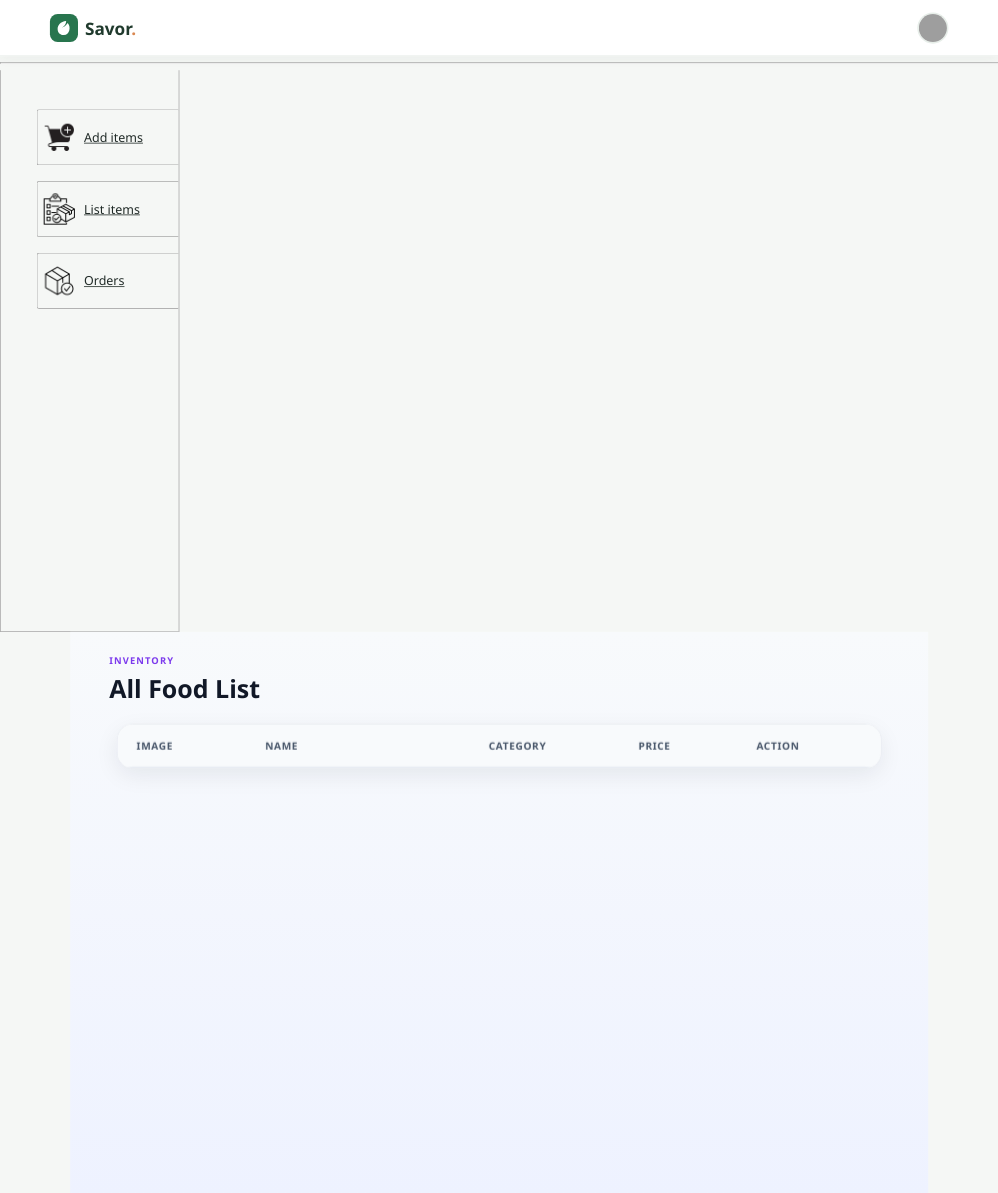
Repository: prince44991/Ecommerce-Project-Full-Stack
Page: /Listitem (app in admin/my-react-app/)
An editor plug-in stored every save of this project. The page is shown before and after the next save, followed by the edit.
The browser window is 1280 px wide. The pictures show the whole page, at 78% of full size.
Pictures or frames that could not be fetched are drawn as grey boxes. The page's requests for data from a server got no answer. The project was rebuilt for these pictures with package versions that can differ from the ones it lists, and the page was loaded fresh each time. No one was signed in, and anything a server would have sent is missing. Also part of the build but not shown: admin/my-react-app/vite.config.js, admin/my-react-app/src/pages/Add/Add.css, admin/my-react-app/src/pages/Add/Add.jsx, admin/my-react-app/src/pages/Order/Order.jsx.

Above is the page before, as saved 2026-09-30 16:12:17.

### admin/my-react-app/index.html
<!doctype html>
<html lang="en">
  <head>
    <meta charset="UTF-8" />
    <link rel="icon" type="image/svg+xml" href="/favicon.svg" />
    <meta name="viewport" content="width=device-width, initial-scale=1.0" />
    <title>my-react-app</title>
  </head>
  <body>
    <div id="root"></div>
    <script type="module" src="/src/main.jsx"></script>
  </body>
</html>

### admin/my-react-app/src/index.css
:root {
  font-family: 'DM Sans', 'Segoe UI', sans-serif;
  font-synthesis: none;
  text-rendering: optimizeLegibility;
  -webkit-font-smoothing: antialiased;
  -moz-osx-font-smoothing: grayscale;
  font-optical-sizing: auto;
  font-weight: 400;
  color: #202a27;
  background: #f5f7f5;
}

* {
  box-sizing: border-box;
}

body {
  min-width: 320px;
  min-height: 100vh;
  margin: 0;
}

button,
input {
  font: inherit;
}

a {
  color: inherit;
}

### admin/my-react-app/src/App.jsx
import Navbar from './components/Navbar/Navbar.jsx'
import Sliderbar from './components/Sliderbar/Sliderbar.jsx'
import { BrowserRouter, Route, Routes } from "react-router-dom"
import Add from './pages/Add/Add.jsx'
import Order from './pages/Order/Order.jsx'
import List from './pages/List/List.jsx'
import { ToastContainer, toast } from 'react-toastify';
function App() {
  return (
    <>
    <BrowserRouter>
    <ToastContainer/>
    <Navbar />
    <hr/>
    <Sliderbar/>
    <Routes>
      <Route path='/Additem' element={<Add/>} />
      <Route path='/Listitem' element={<List/>} />
      <Route path='/Orders' element={<Order/>} />
    </Routes>
    </BrowserRouter>
    </>
  )
}

export default App

### admin/my-react-app/src/components/Navbar/Navbar.jsx
import React from 'react'
import './Navbar.css'

const Navbar = () => {
  return (
    <header className="navbar">
      <a className="navbar__brand" href="#dashboard" aria-label="Savor admin dashboard">
        <span className="navbar__logo" aria-hidden="true">
          <svg viewBox="0 0 32 32" fill="none">
            <path d="M16 27c-6.2 0-10-4.2-10-9.7C6 11.6 10.5 6 19.5 5c-.2 5.6-2.7 8.3-6.8 10.2 3.4-1.1 7-3.7 9.2-7.4C27.7 14 24.8 27 16 27Z" fill="currentColor" />
            <path d="M9 23c3.2-4.2 6.1-6.3 10.8-8.4" stroke="white" strokeWidth="1.8" strokeLinecap="round" />
          </svg>
        </span>
        <span className="navbar__name">Savor<span>.</span></span>
      </a>

      <img
        className="navbar__avatar"
        src="https://images.unsplash.com/photo-1534528741775-53994a69daeb?auto=format&fit=crop&w=128&h=128&q=80"
        alt="Admin profile"
      />
    </header>
  )
}

export default Navbar

### admin/my-react-app/src/components/Sliderbar/Sliderbar.jsx
import React from 'react'
import './Sliderbar.css'
import item from '../../assets/add-to-cart.png';
import list from '../../assets/list-items.png';
import order from '../../assets/package.png';
import { NavLink } from 'react-router-dom';
const Sliderbar = () => {
  return (
    <div>
    <div className="sidebar">
        <div className="sidbar-options">
            <div className="sidbar-option">
                <img src={item} alt="" />
                <NavLink to="/Additem"><p className='par'>Add items</p></NavLink>
            </div>
            <div className="sidbar-option">
                <img src={list} alt="" />
                <NavLink to="/Listitem"><p className='par'>List items</p></NavLink>
            </div>
            <div className="sidbar-option">
                <img src={order} alt="" />
                <NavLink to="/Orders"><p className='par'>Orders</p></NavLink>
            </div>
        </div>
    </div>
    </div>
  )
}

export default Sliderbar

### admin/my-react-app/src/pages/List/List.jsx
import axios from 'axios';
import { useEffect, useState } from 'react';
import './List.css';

const List = () => {
  const [display, setDisplay] = useState([]);

  const datafetch = async () => {
    try {
      const url = 'http://localhost:8001';
      const response = await axios.get(`${url}/view/product`);
      setDisplay(response.data.data);
    } catch (error) {
      console.error('Error fetching products:', error);
      setDisplay([]);
    }
  };

  useEffect(() => {
    datafetch();
  }, []);

  return (
    <div className="list-page">
      <div className="list-header ">
        <div className='head'>
          <p className="eyebrow">Inventory</p>
          <h2>All Food List</h2>
        </div>

      </div>

      <div className="list-table-wrapper">
        <div className="list-table-format title">
          <b>Image</b>
          <b>Name</b>
          <b>Category</b>
          <b>Price</b>
          <b>Action</b>
        </div>

        {display.map((r, index) => (
          <div key={index} className="list-table-format row">
            <img
              src={`http://localhost:8001/uploads/${r.image}`}
              alt={r.productname}
            />

            <div className="food-info">
              <p className="food-name">{r.productname}</p>
              <span className="food-desc">{r.description}</span>
            </div>

            <p className="category-pill">{r.catagory}</p>
            <p className="price-tag">₹{r.price}</p>

            <div className="action-cell">
              <button type="button" className="row-action">*</button>
            </div>
          </div>
        ))}
      </div>
    </div>
  );
};

export default List;

### admin/my-react-app/src/components/Navbar/Navbar.css
.navbar {
	display: flex;
	width: 100%;
	min-height: 72px;
	align-items: center;
	justify-content: space-between;
	gap: 24px;
	padding: 0 clamp(18px, 5vw, 64px);
	border-bottom: 1px solid #e8eeea;
	background: #fff;
	box-shadow: 0 3px 14px rgb(30 59 43 / 5%);
}

.navbar__brand {
	display: inline-flex;
	flex: 0 0 auto;
	align-items: center;
	gap: 9px;
	color: #203a2d;
	text-decoration: none;
}

.navbar__logo {
	display: grid;
	width: 36px;
	height: 36px;
	place-items: center;
	border-radius: 10px;
	color: #fff;
	background: #28754e;
}

.navbar__logo svg {
	width: 26px;
	height: 26px;
}

.navbar__name {
	font-size: 22px;
	font-weight: 700;
}

.navbar__name span {
	color: #d98750;
}

.navbar__avatar {
	width: 40px;
	height: 40px;
	flex: 0 0 auto;
	border: 2px solid #e7eee9;
	border-radius: 50%;
	object-fit: cover;
	object-position: center 38%;
}

.navbar__brand:focus-visible {
	outline: 2px solid #28754e;
	outline-offset: 4px;
}

@media (max-width: 560px) {
	.navbar {
		min-height: 64px;
		gap: 18px;
		padding: 0 18px;
	}
}

### admin/my-react-app/src/components/Sliderbar/Sliderbar.css
img{
    width: 40px;
}

.sidebar{
    width: 18%;
     min-height: 100vh;
    border: 1.5px solid #a9a9a9;
    border-top: 0;
}
.sidbar-options{
    padding-top: 50px;
    padding-left: 20%;
    display: flex;
    flex-direction: column;
    gap: 20px;
}
.sidbar-option{
    display: flex;
     align-items: center;
    gap: 12px;
    border: 1px solid #a9a9a9;
    border-right: 0;
    padding: 8px;
    border-radius: 3px 0px 0px 3px;
    cursor: pointer;
     /* text-decoration: none; */
}
.par{
    text-decoration: none;
}

### admin/my-react-app/src/pages/List/List.css
.list-page {
  max-width: 1100px;
  margin: 0 auto;
  padding: 28px 20px;
  background: linear-gradient(180deg, #f8fafc 0%, #eef2ff 100%);
  min-height: 100vh;
  font-family: 'Segoe UI', Tahoma, Geneva, Verdana, sans-serif;
}

.list-header {
  display: flex;
  justify-content: space-between;
  align-items: center;
  margin-bottom: 24px;
}

.eyebrow {
  margin: 0 0 6px;
  font-size: 12px;
  letter-spacing: 0.12em;
  text-transform: uppercase;
  color: #7c3aed;
  font-weight: 700;
  /* margin-left: 20px; */
}
.head{
    margin-left: 30px;
}

.list-header h2 {
  margin: 0;
  font-size: 32px;
  color: #111827;
}

.add-btn {
  border: none;
  background: linear-gradient(135deg, #7c3aed, #4f46e5);
  color: white;
  padding: 12px 18px;
  border-radius: 12px;
  font-weight: 600;
  cursor: pointer;
  box-shadow: 0 10px 20px rgba(124, 58, 237, 0.2);
  transition: transform 0.2s ease;
}

.add-btn:hover {
  transform: translateY(-1px);
}

.list-table-wrapper {
  max-width: 980px;
  margin: 0 auto;
  background: rgba(255, 255, 255, 0.8);
  backdrop-filter: blur(6px);
  border: 1px solid rgba(148, 163, 184, 0.18);
  border-radius: 20px;
  box-shadow: 0 10px 30px rgba(15, 23, 42, 0.08);
  overflow: hidden;
}

.list-table-format {
  display: grid;
  grid-template-columns: 1.1fr 2fr 1.3fr 1fr 1fr;
  align-items: center;
  gap: 16px;
  padding: 18px 24px;
}

.list-table-format.title {
  background: #f8fafc;
  border-bottom: 1px solid #e2e8f0;
  color: #475569;
  font-size: 13px;
  text-transform: uppercase;
  letter-spacing: 0.06em;
}

.list-table-format.row {
  border-bottom: 1px solid #edf2f7;
  background: white;
  transition: background 0.2s ease;
}

.list-table-format.row:last-child {
  border-bottom: none;
}

.list-table-format.row:hover {
  background: #faf5ff;
}

.list-table-format img {
  width: 72px;
  height: 72px;
  object-fit: cover;
  border-radius: 14px;
  border: 1px solid #e2e8f0;
  background: #f1f5f9;
}

.food-info {
  display: flex;
  flex-direction: column;
  gap: 4px;
}

.food-name {
  margin: 0;
  font-size: 16px;
  font-weight: 700;
  color: #111827;
}

.food-desc {
  color: #64748b;
  font-size: 12px;
  line-height: 1.4;
}

.category-pill {
  margin: 0;
  display: inline-flex;
  justify-self: start;
  padding: 8px 12px;
  border-radius: 999px;
  background: #ede9fe;
  color: #6d28d9;
  font-size: 12px;
  font-weight: 700;
}

.price-tag {
  margin: 0;
  font-size: 16px;
  font-weight: 700;
  color: #0f172a;
}

.action-cell {
  display: flex;
  justify-content: flex-end;
}

.row-action {
  border: none;
  background: #ecfdf5;
  color: #047857;
  padding: 10px 14px;
  border-radius: 10px;
  font-weight: 700;
  cursor: pointer;
}

@media (max-width: 768px) {
  .list-page {
    padding: 16px;
  }

  .list-header {
    flex-direction: column;
    align-items: flex-start;
    gap: 16px;
  }

  .list-table-wrapper {
    overflow-x: auto;
  }

  .list-table-format {
    min-width: 620px;
  }
}

Loaded but not shown: admin/my-react-app/src/main.jsx (common file)

After the next save:
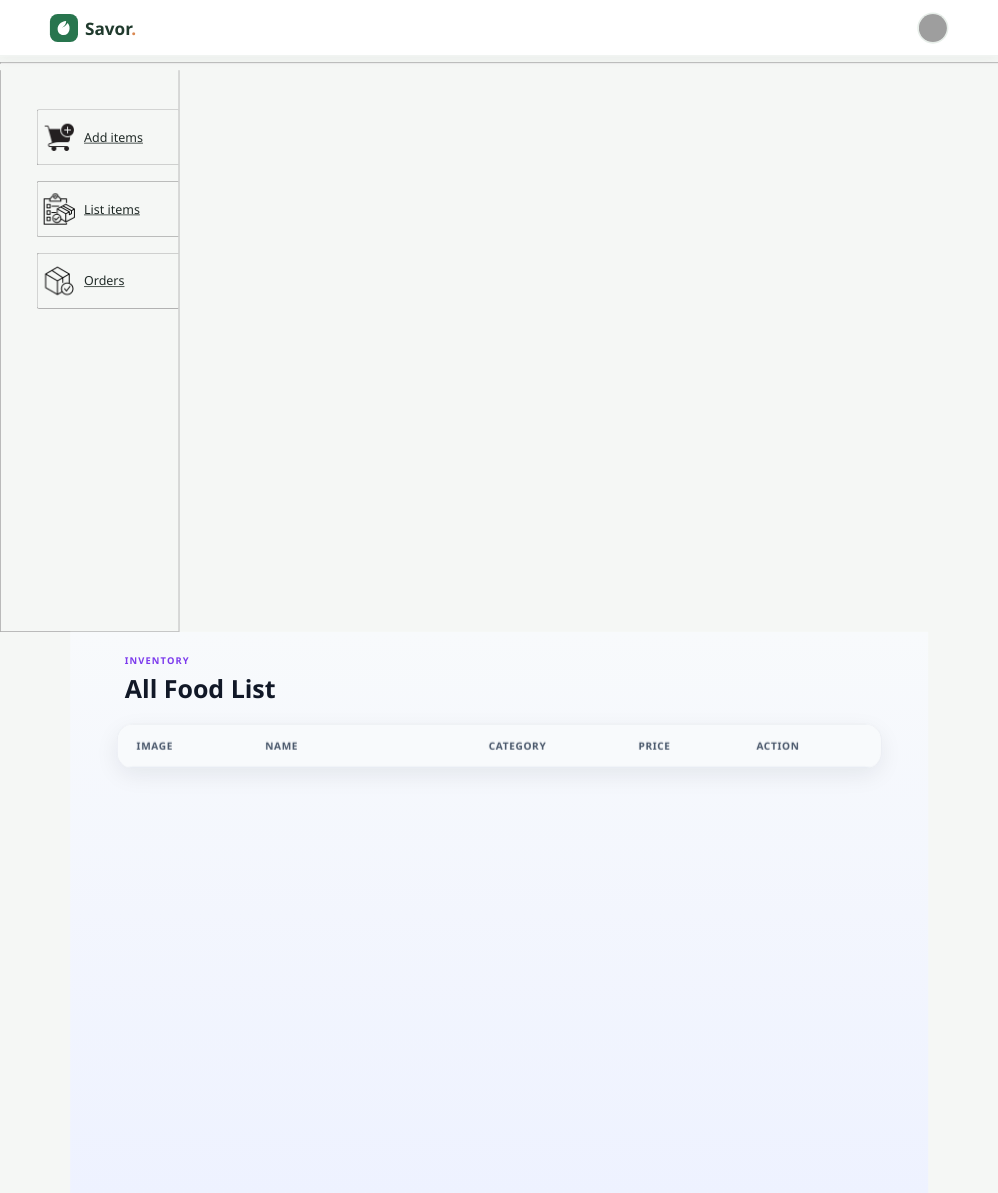
Saved 9 s later.
--- a/admin/my-react-app/src/pages/List/List.css
+++ b/admin/my-react-app/src/pages/List/List.css
@@ -24,7 +24,7 @@
   /* margin-left: 20px; */
 }
 .head{
-    margin-left: 30px;
+    margin-left: 50px;
 }
 
 .list-header h2 {
